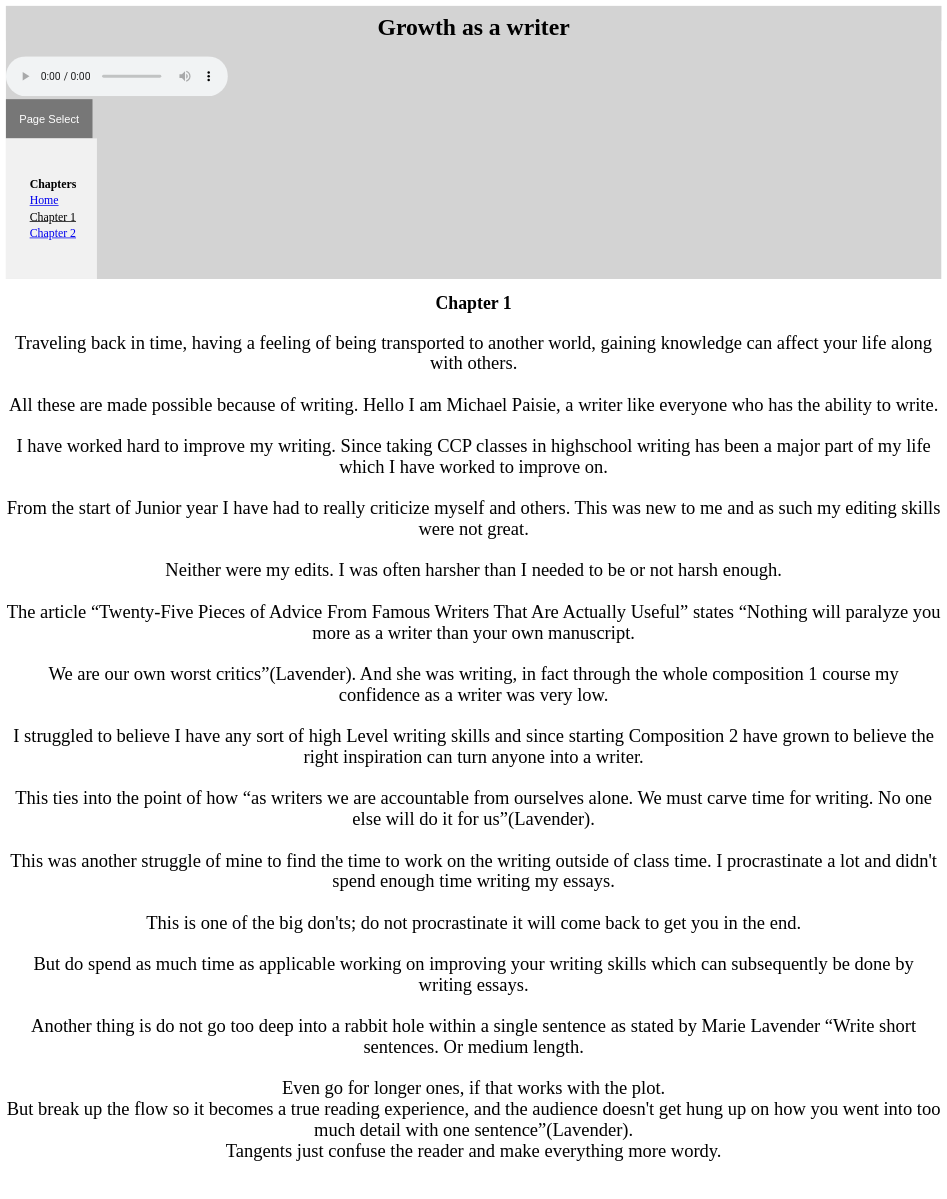
Repository: jpaisiem/WP-4
Page: Chapter1.html
These files come from the project's save history. The page is drawn as it stood at one moment and after a run of saves; the edit follows.
The browser window is 1280 px wide. The pictures show the whole page, at 74% of full size.

Above is the page before, as saved 2025-05-01 11:37:17.
Console error: TypeError: Cannot read properties of undefined (reading 'toggle')

### Chapter1.html
<!DOCTYPE html>
<html>
<head>
<meta name="viewport" content="width=device-width, initial-scale=1">
<style>
.collapsible {
  background-color: #777;
  color: white;
  cursor: pointer;
  padding: 18px;
  width: fit-content;
  border: none;
  text-align: left;
  outline: none;
  font-size: 15px;
}

.active, .collapsible:hover {
  background-color: #555;
}

.content {
  display: flex;
  flex-direction: column;
  overflow: hidden;
  background-color: #f1f1f1;
  width: fit-content;
  height: fit-content;
  padding-left: 2.3%;
  padding-right: 2%;
}
p
{
 font-size: 25px;
}
</style>
<title>Growth as a writer - Chapter 1</title>
</head>
<body>
    <div style="background-color: lightgray; display: flex; flex-direction: column; margin-top: 0%;">
        <h1 style="text-align: center; background-color: lightgray; padding-top: 10px; margin-top: 0%;">Growth as a writer</h1>
         <div style="align-items: center;">
        <audio controls>
            <source src="audio.mp3" type="audio/mpeg">
        </audio>
        </div>
<button type="button" class="collapsible">Page Select</button>
<div class="content">
  <p><table>
    <tr>
        <th>Chapters</th>
    </tr>
    <tr>
        <td><a href="index.html">Home</a></td>
    </tr>
    <tr>
        <td><a href="Chapter1.html" style="color: black;">Chapter 1</a></td>
    </tr>
     <tr>
        <td><a href="Chapter2.html">Chapter 2</a></td>
    </tr>
  </table></p>
</div>
    </div>
<div style="text-align: center;">
     <h2 style="text-align: center;">Chapter 1</h2>
     <p>Traveling back in time, having a feeling of being transported to another world, gaining knowledge can affect your life along with others. <br><br>
      All these are made possible because of writing. Hello I am Michael Paisie, a writer like everyone who has the ability to write. <br><br>
      I have worked hard to improve my writing. Since taking CCP classes in highschool writing has been a major part of my life which I have worked to improve on. <br><br>
      From the start of Junior year I have had to really criticize myself and others. This was new to me and as such my editing skills were not great. <br><br>
      Neither were my edits. I was often harsher than I needed to be or not harsh enough. <br><br>
      The article <q>Twenty-Five Pieces of Advice From Famous Writers That Are Actually Useful</q> states <q>Nothing will paralyze you more as  a writer than your own manuscript. <br><br>
      We are our own worst critics</q>(Lavender). And she was writing, in fact through the whole composition 1 course my confidence as a writer was very low. <br><br>
      I struggled to believe  I have any sort of high Level writing skills and since starting Composition 2 have grown to believe the right inspiration can turn anyone into a writer. <br><br>
      This ties into the point of how <q>as writers we are accountable from ourselves alone. We must carve time for writing. No one else will do it for us</q>(Lavender). <br><br>
      This was another struggle of mine to find the time to work on the writing outside of class time. I procrastinate a lot and didn't spend enough time writing my essays. <br><br>
      This is one of the big don'ts; do not procrastinate it will come back to get you in the end. <br><br>
      But do spend as much time as applicable working on improving your writing skills which can subsequently be done by writing essays. <br><br>
      Another thing is do not go too deep into a rabbit hole within a single sentence as stated by Marie Lavender <q>Write short sentences. Or medium length. <br><br>
      Even go for longer ones, if that works with the plot. <br>
      But break up the flow so it becomes a true reading experience, and the audience doesn't get hung up on how you went into too much detail with one sentence</q>(Lavender). <br>
      Tangents just confuse the reader and make everything more wordy.</p><br>
</div>
<script>
var coll = document.getElementsByClassName("collapsible");
var i;

for (i = 0; i < coll.length; i++) {
  coll[i].addEventListener("click", function() {
    this.classList.toggle("active");
    var content = this.nextElementSibling;
    if (content.style.display === "block") {
      content.style.display = "none";
    } else {
      content.style.display = "block";
    }
  });
}
if(location.reload){
    this.classList.toggle("collapsible");
}
</script>

</body>
</html>

After the next 2 saves:
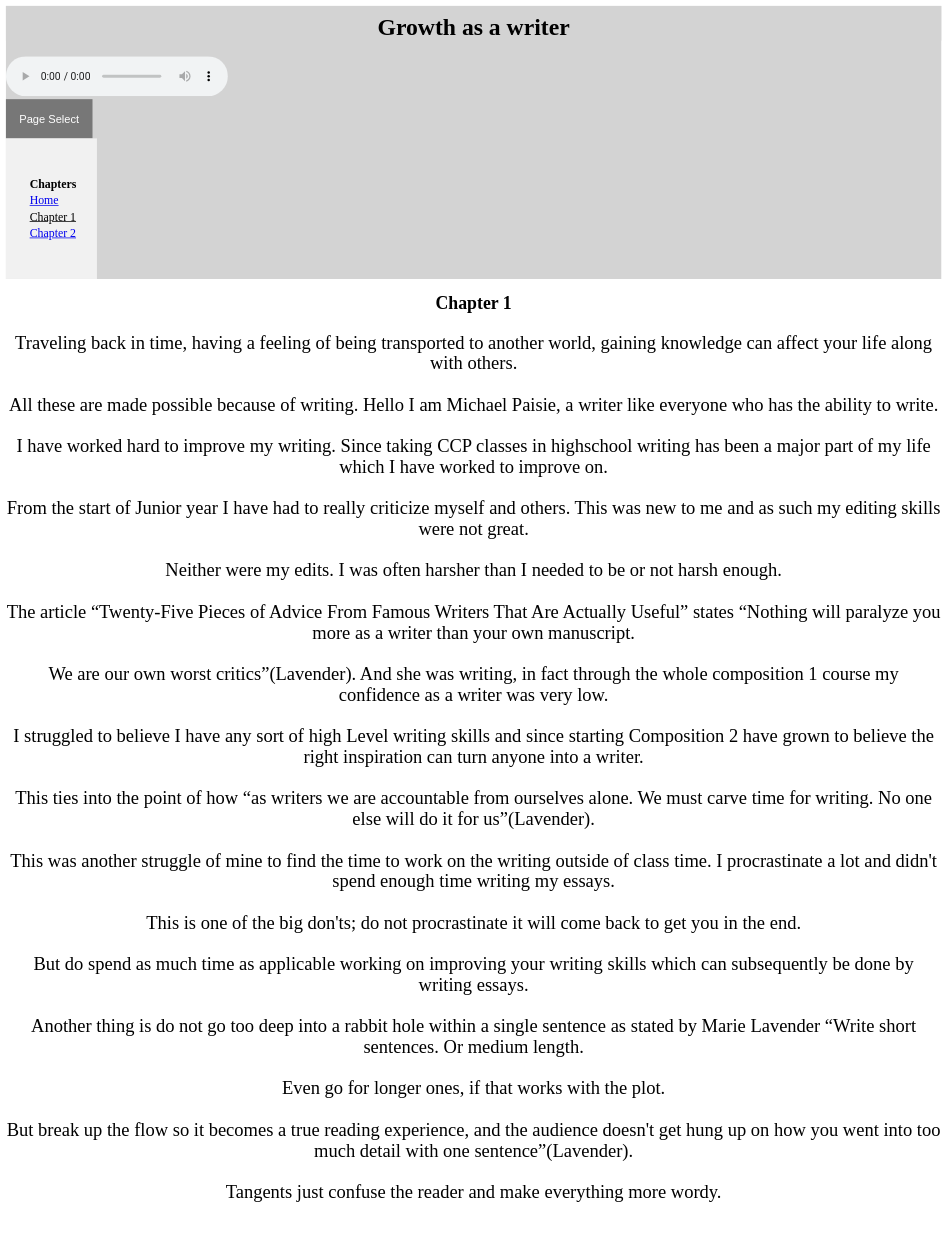
The 2 saves are shown as one change because they came seconds apart.
The last was saved 6 s later.
--- a/Chapter1.html
+++ b/Chapter1.html
@@ -77,9 +77,9 @@ p
       This is one of the big don'ts; do not procrastinate it will come back to get you in the end. <br><br>
       But do spend as much time as applicable working on improving your writing skills which can subsequently be done by writing essays. <br><br>
       Another thing is do not go too deep into a rabbit hole within a single sentence as stated by Marie Lavender <q>Write short sentences. Or medium length. <br><br>
-      Even go for longer ones, if that works with the plot. <br>
-      But break up the flow so it becomes a true reading experience, and the audience doesn't get hung up on how you went into too much detail with one sentence</q>(Lavender). <br>
-      Tangents just confuse the reader and make everything more wordy.</p><br>
+      Even go for longer ones, if that works with the plot. <br><br>
+      But break up the flow so it becomes a true reading experience, and the audience doesn't get hung up on how you went into too much detail with one sentence</q>(Lavender). <br><br>
+      Tangents just confuse the reader and make everything more wordy.</p><br><br>
 </div>
 <script>
 var coll = document.getElementsByClassName("collapsible");
